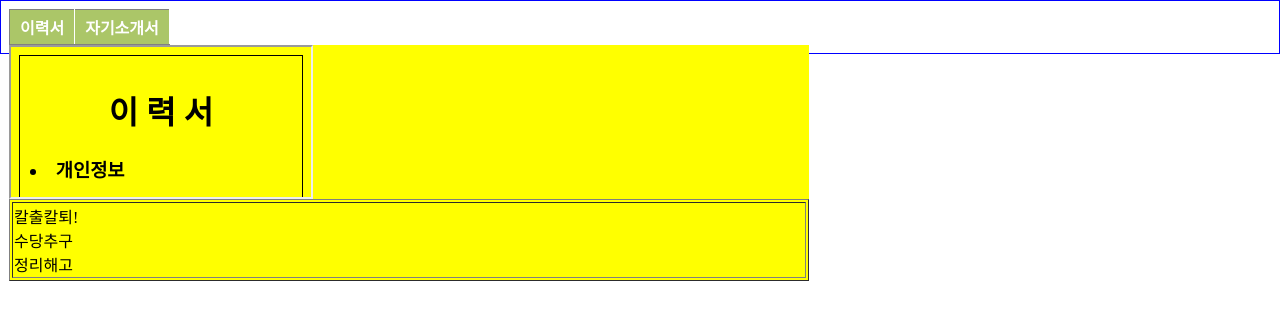
Repository: porivas/140630_Java
Page: http://localhost/web4_resume/totalLayout.jsp
The author's editor kept a copy of each file at every save. The page is drawn from the files as they stood at one save, then again after the next save.
The browser window is 1280 px wide. The pictures show the whole page.
The page is served by Tomcat 9.

Above is the page before, as saved 2014-09-25 07:57:59.

### web4_resume/WebContent/totalLayout.jsp
<%@ page language="java" contentType="text/html; charset=UTF-8"
    pageEncoding="UTF-8"%>
<!DOCTYPE html PUBLIC "-//W3C//DTD HTML 4.01 Transitional//EN" "http://www.w3.org/TR/html4/loose.dtd">
<html>
<head>
<meta http-equiv="Content-Type" content="text/html; charset=UTF-8">
<title>Insert title here</title>
</head>
<body>
		<style type="text/css">
		  table.ex1 {
		     border-collapse: collapse;
		  }
		  .ex1 th, .ex1 td {padding:5px 10px}
			.ex1 caption {font-weight:700; font-size:20px; padding:5px; color:#1BA6B2; text-align:left; margin-bottom:5px}
			.ex1 thead th {background:#ABC668; color:#fff; text-align:center; border-right:1px solid #fff}
			.ex1 tbody th {text-align:left; width:12%}
			.ex1 tbody td.date1 {text-align:center; width:8%}
			.ex1 tbody td.desc {text-align:left; width:35%}
			.ex1 tbody tr.odd {background:#f9f9f9}
			.ex1 tbody tr.odd th {background:#f2f2f2}
			.ex1 tbody tr:hover {background:#F3F5BB}
			.ex1 tbody tr:hover th {background:#F2F684; color:#1BA6B2}
			.ex1 tfoot tr {border-top:6px solid #E9F7F6; color:#1BA6B2}
			.ex1 tfoot th {text-align:left; padding-left:10px}
		html {
		    border: 1px solid blue;
		}
			.other, .parent {
			    border: 4px solid green;
			    margin: 5px;
			}
			.me {
			    background-color: yellow;
			    position: absolute;
			}
		</style>
		<div id="button">
		<table class="ex1" border="1" >
			<tr align = "left">
				<thead><th scope="col">이력서</th><th scope="col">자기소개서</th></thead>
			</tr>
		</table>
		</div>
		<div class ="me" id="story1">
		<table border="1" width=800	>
		<iframe src="resume.jsp"></iframe>
			<tr align = "left">
				<td> 칼출칼퇴!
				<br> 수당추구
				<br> 정리해고
				</td>
			</tr>
		</table>
		</div>
</body>
</html>

### web4_resume/WebContent/resume.jsp
<%@ page language="java" contentType="text/html; charset=UTF-8"
    pageEncoding="UTF-8"%>
<!DOCTYPE html PUBLIC "-//W3C//DTD HTML 4.01 Transitional//EN" "http://www.w3.org/TR/html4/loose.dtd">
<html>
<head>
<meta http-equiv="Content-Type" content="text/html; charset=UTF-8">
<title>이력서 타이틀 입니다.</title>
</head>
<body>
	<div id="background" style="border-top:1px solid; border-bottom:1px solid; border-left:1px solid; border-right:1px solid; padding:10px;">
	<center><h1>이 력 서</h1></center>
		<h3><li>개인정보</h3></li>
		<div id="firstparagraph">
		<type = text/css>
		<style type="text/css">
		  table {
		     border-collapse: collapse;
		  }
		</style>
		<table border="1" width=100%>
			<tr align = "left">
				<td> 이름 </td>	<td> 맹윤호 </td>	<td> 영문 </td>	<td> MAENG YUNHO </td>	<td rowspan=3 width=150 height=210  ><center><img src="images.jpg" width=150 height=210></center></td>
			</tr>
			<tr>
				<td> 생년월일 </td>	<td> 1988-01-30 </td>	<td> 성별 </td>	<td> 남자 </td>
			</tr>
			<tr>
				<td> 주소 </td>	<td> 을지로3가 솔로몬 타워 </td>	<td> 우편번호 </td>	<td> 122-130 </td>
			</tr>
			<tr>
				<td> 한자 </td> <td> 盟潤鎬  </td> <td  colspan=3> 기타 </td>
			</tr>
		</table>
		</div>
		<h3><li>학 력</h3></li>
		<div id="secondparagraph" >
		<style type="text/css">
		  table {
		     border-collapse: collapse;
		  }
		</style>
		<table border="1" width=100%>
			<tr align = "left">
				<td> 학교 </td>	<td> 기간 </td>	<td> 수료여부 </td>
			</tr>
			<tr>
				<td> 세종대학교 </td>	<td> 2007-02-15~ 2013-03-02 </td>	<td> 졸업 </td>
			</tr>
			<tr>
				<td> <br> </td>	<td>  </td>	<td>  </td>
			</tr>
		</table>
		</div>

		<h3><li>프로젝트 경력</h3></li>
		<div id="thirdparagraph" >
		<style type="text/css">
		  table {
		     border-collapse: collapse;
		  }
		</style>
		<table border="1" width=100%>
			<tr align = "left">
				<td> 이름 </td>	<td> 설명 </td>	<td> 기간 </td>
			</tr>
			<tr>
				<td> 비트컴퓨터 프로젝트 </td>	<td> 6개월간의 기간동안 팀프로젝트를 수행 </td>	<td> 2014-07~2014-12 </td>
			</tr>
			<tr>
				<td>  <br> </td>	<td>  </td>	<td>  </td>
			</tr>
		</div>

	</div>
</body>
</html>

After the next save:
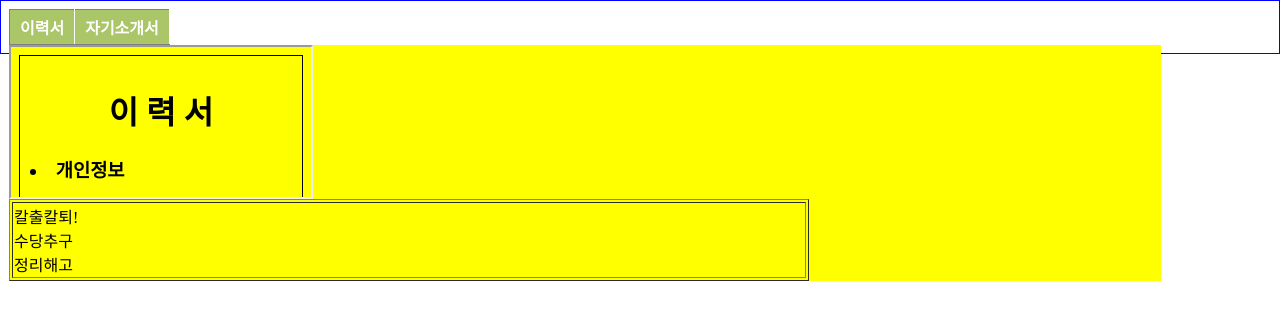
Saved 38 s later.
--- a/web4_resume/WebContent/totalLayout.jsp
+++ b/web4_resume/WebContent/totalLayout.jsp
@@ -33,6 +33,7 @@
 			.me {
 			    background-color: yellow;
 			    position: absolute;
+			    width: 90%
 			}
 		</style>
 		<div id="button">
